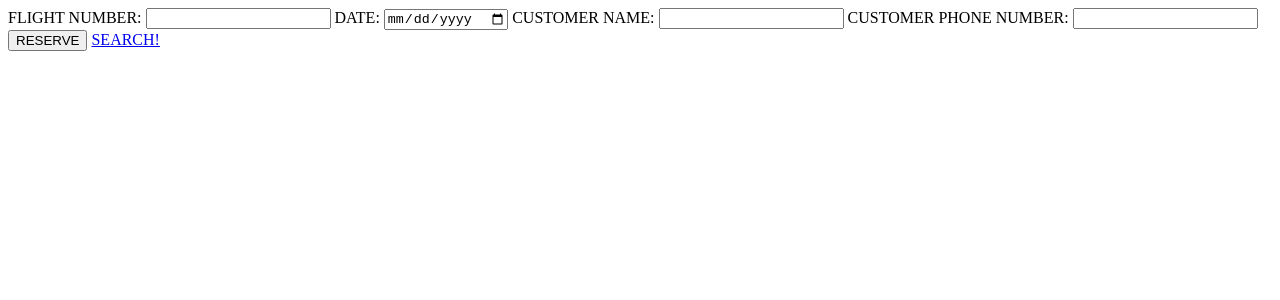
Repository: genghiskhan1/JAVA-LAB
Page: http://localhost/13/ReserveOnline.jsp
These files come from the project's save history. The page is drawn as it stood at one moment and after the next save; the edit follows.
The browser window is 1280 px wide. The pictures show the whole page.
The page is served by Tomcat 9.

Above is the page before, as saved 2017-05-22 17:42:59.

After the next save:
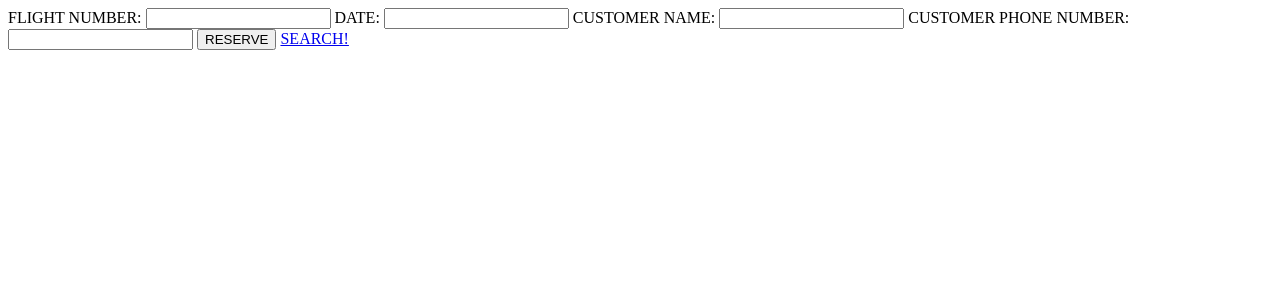
Saved 49 s later.
--- a/13/WebContent/ReserveOnline.jsp
+++ b/13/WebContent/ReserveOnline.jsp
@@ -9,7 +9,7 @@
 <body>
 <form action="ViewDetails.jsp" method="post">
 FLIGHT NUMBER: <input type="text" name="flno"/>
-DATE: <input type="date" name="date"/>
+DATE: <input type="text" name="date"/>
 CUSTOMER NAME: <input type="text" name="name"/>
 CUSTOMER PHONE NUMBER: <input type="text" name="phone"/>
 <input type="submit" value="RESERVE"/>
